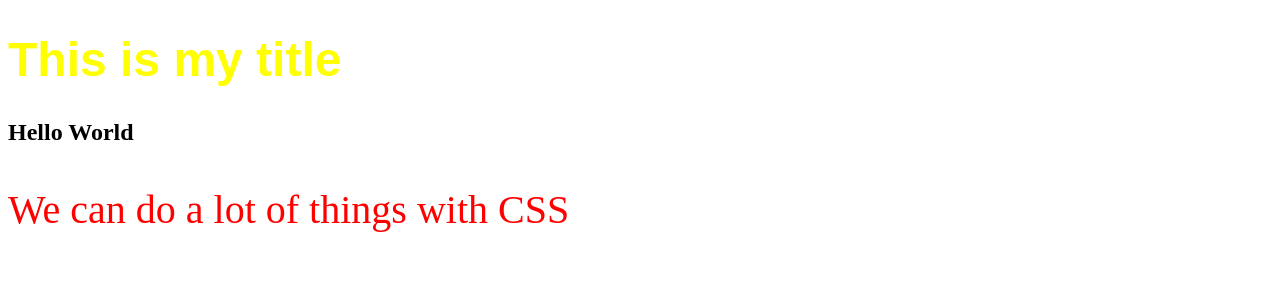
Repository: kchia/nycod14-class-demo
Page: index.html
The author's editor kept a record of every edit. The page is drawn from the files as they stood at one moment, then again after the next edit.
The browser window is 1280 px wide. The pictures show the whole page.

Above is the page before.

### index.html
<!DOCTYPE html>
<html>
    <head>
        <title>Example Page</title>
        <style>
            #paragraph {
                font-size: 40px;
                font-family: Comic Sans;
                color: red;
            }

            .font-selector {
                font-family: Arial;
            }

        </style>
    </head>
    <body>
        <!--inline styling-->
        <h1 class="font-selector" style="color:yellow; font-size:48px">This is my title</h1>
        <h2>Hello World</h2>
        <p class="font-selector" id="paragraph">
          We can do a lot of things with CSS
        </p>
    </body>
</html>

After the next edit:
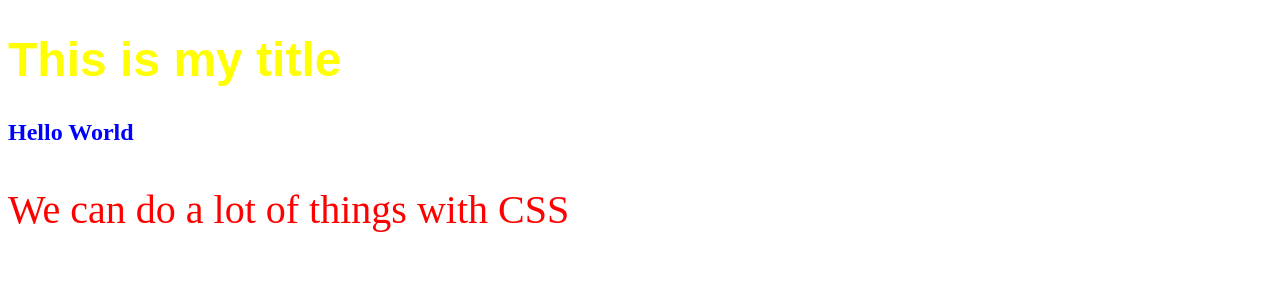
The edit:
--- a/index.html
+++ b/index.html
@@ -12,7 +12,9 @@
             .font-selector {
                 font-family: Arial;
             }
-
+            h2 {
+                color: blue;
+            }
         </style>
     </head>
     <body>
